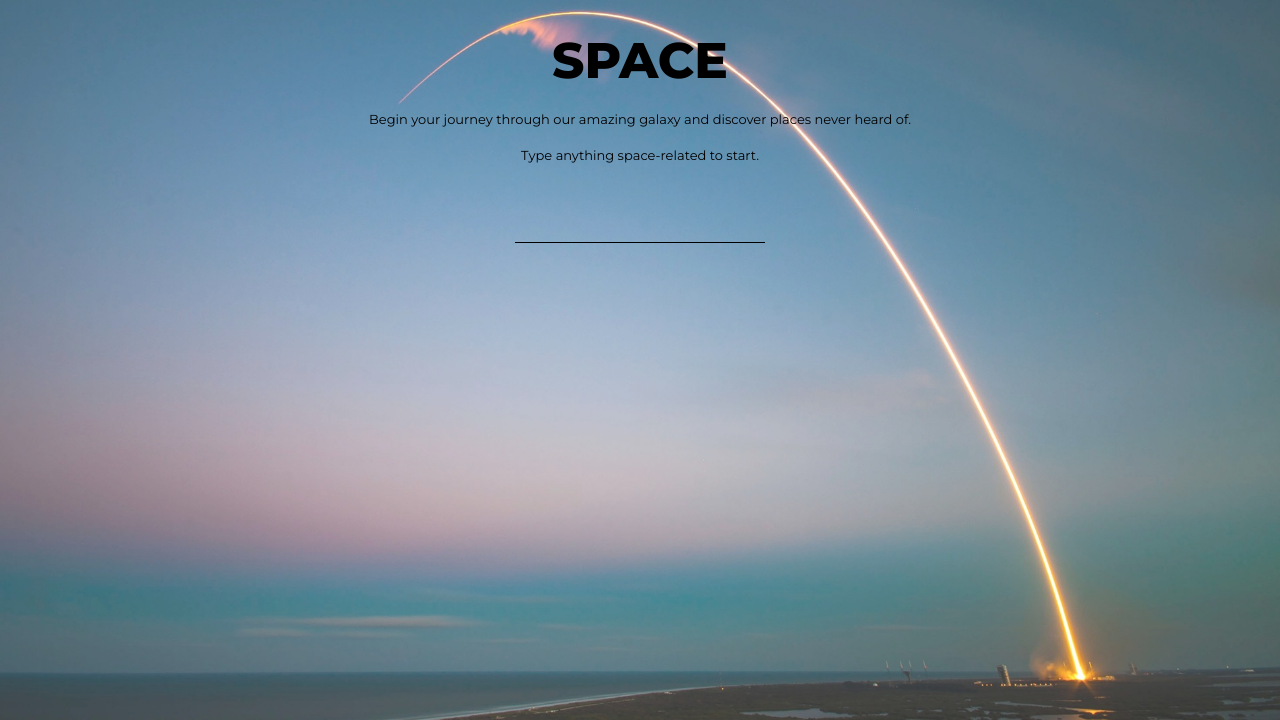
Repository: pmor80/spacer
Page: /
These files come from the project's save history. The page is drawn as it stood at one moment and after the next save; the edit follows.
The browser window is 1280 px wide. The pictures show the whole page.
The project was rebuilt for these pictures with package versions that can differ from the ones it lists, and the page was loaded fresh each time.

Above is the page before, as saved 2019-07-02 15:37:48.

### public/index.html
<!DOCTYPE html>
<html lang="en">
  <head>
    <meta charset="utf-8">
    <meta http-equiv="X-UA-Compatible" content="IE=edge">
    <meta name="viewport" content="width=device-width,initial-scale=1.0">
    <link rel="icon" href="<%= BASE_URL %>favicon.ico">
    <title>spacer</title>
  </head>
  <body>
    <noscript>
      <strong>We're sorry but spacer doesn't work properly without JavaScript enabled. Please enable it to continue.</strong>
    </noscript>
    <div id="app"></div>
    <!-- built files will be auto injected -->
  </body>
</html>

### src/App.vue
<template>
  <div class="app">
    <router-view />
  </div>
</template>

<style lang="scss">
@import url("https://fonts.googleapis.com/css?family=Montserrat:300,400,600,800");

* {
  box-sizing: border-box;
}

body {
  font-family: "Montserrat", sans-serif;
  margin: 0;
  padding: 0;
}
</style>

### src/router.js
import Vue from 'vue';
import Router from 'vue-router';
import Search from './views/Search.vue';

Vue.use(Router);

export default new Router({
  mode: 'history',
  base: process.env.BASE_URL,
  routes: [
    {
      path: '/',
      name: 'Search',
      component: Search
    }
  ]
});

### src/views/Search.vue
<template>
  <div class="wrapper">
    <Claim />
    <SearchInput />
  </div>
</template>

<script>
import axios from "axios";
import debounce from "lodash.debounce";
import Claim from "@/components/Claim.vue";
import SearchInput from "@/components/SearchInput.vue";

const API = "https://images-api.nasa.gov/search";

export default {
  name: "Search",
  components: {
    Claim,
    SearchInput
  },
  data() {
    return {
      searchValue: "",
      results: []
    };
  },
  methods: {
    handleInput: debounce(function() {
      axios
        .get(`${API}?q=${this.searchValue}&media_type=image`)
        .then(response => {
          this.results = response.data.collection.items;
        })
        .catch(err => {
          console.log(err);
        });
    }, 500)
  }
};
</script>

<style lang="scss" scoped>
.wrapper {
  margin: 0;
  padding: 30px;
  width: 100%;
  height: 100vh;
  display: flex;
  flex-direction: column;
  align-items: center;
  background-image: url("../assets/heroimage.jpg");
  background-repeat: no-repeat;
  background-size: cover;
}
</style>

### src/components/Claim.vue
<template>
  <div class="claimWrapper">
    <h1 class="claim">SPACE</h1>
    <p
      class="subclaim"
    >Begin your journey through our amazing galaxy and discover places never heard of.</p>
    <p class="subclaim">Type anything space-related to start.</p>
  </div>
</template>

<script>
export default {
  name: "Claim"
};
</script>

<style lang="scss" scoped>
.claimWrapper {
  display: flex;
  flex-direction: column;
  justify-content: center;
  align-items: center;
  text-align: center;
}
.claim {
  font-size: 50px;
  margin: 0;
}

.subclaim {
  margin: 20px 0 0 0;
  font-size: 13px;
}
</style>

### src/components/SearchInput.vue
<template>
  <div class="searchWrapper">
    <input id="search" name="search" v-model="searchValue" @input="handleInput" />
  </div>
</template>

<script>
export default {
  name: "SearchInput"
};
</script>

<style lang="scss" scoped>
.searchWrapper {
  margin: 50px 0 0 0;
  display: flex;
  flex-direction: column;
  width: 250px;

  input {
    height: 30px;
    border: 0;
    background: none;
    border-bottom: 1px solid #000;
  }
}
</style>

Loaded but not shown: src/main.js (common file)

After the next save:
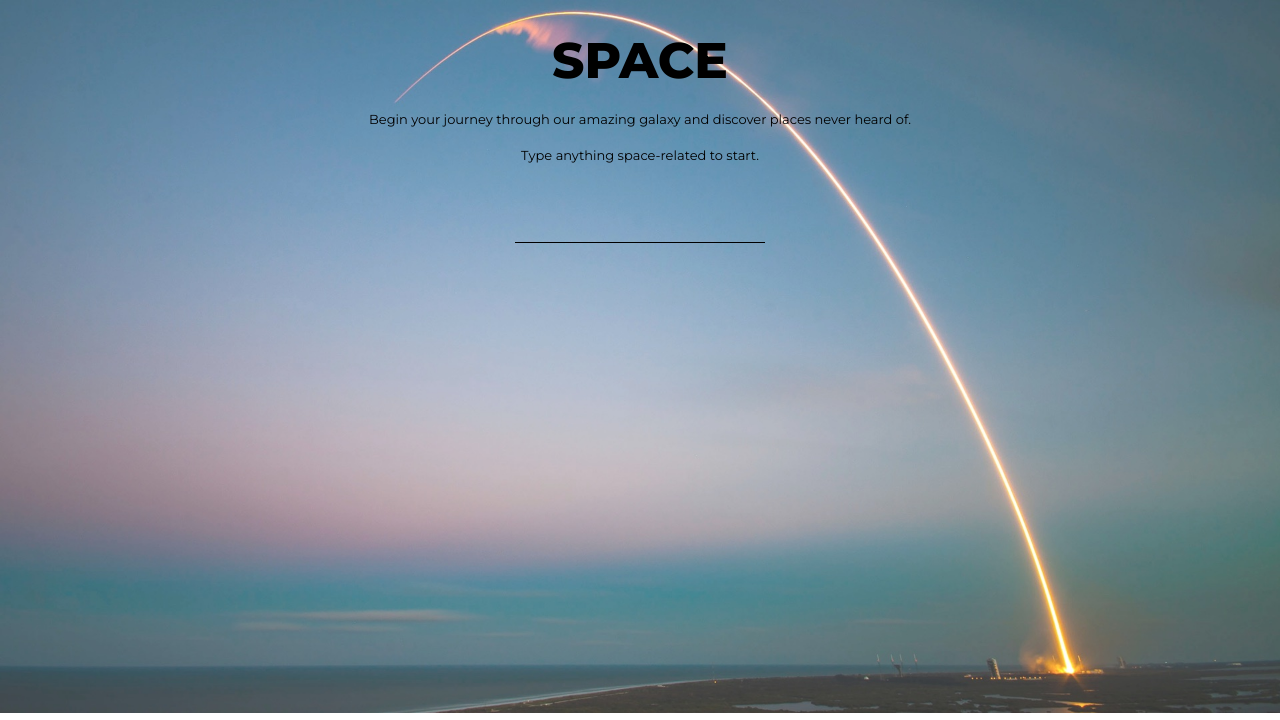
Saved 13 s later.
--- a/src/views/Search.vue
+++ b/src/views/Search.vue
@@ -51,6 +51,6 @@
   align-items: center;
   background-image: url("../assets/heroimage.jpg");
   background-repeat: no-repeat;
-  background-size: cover;
+  background-size: contain;
 }
 </style>

After the save that followed:
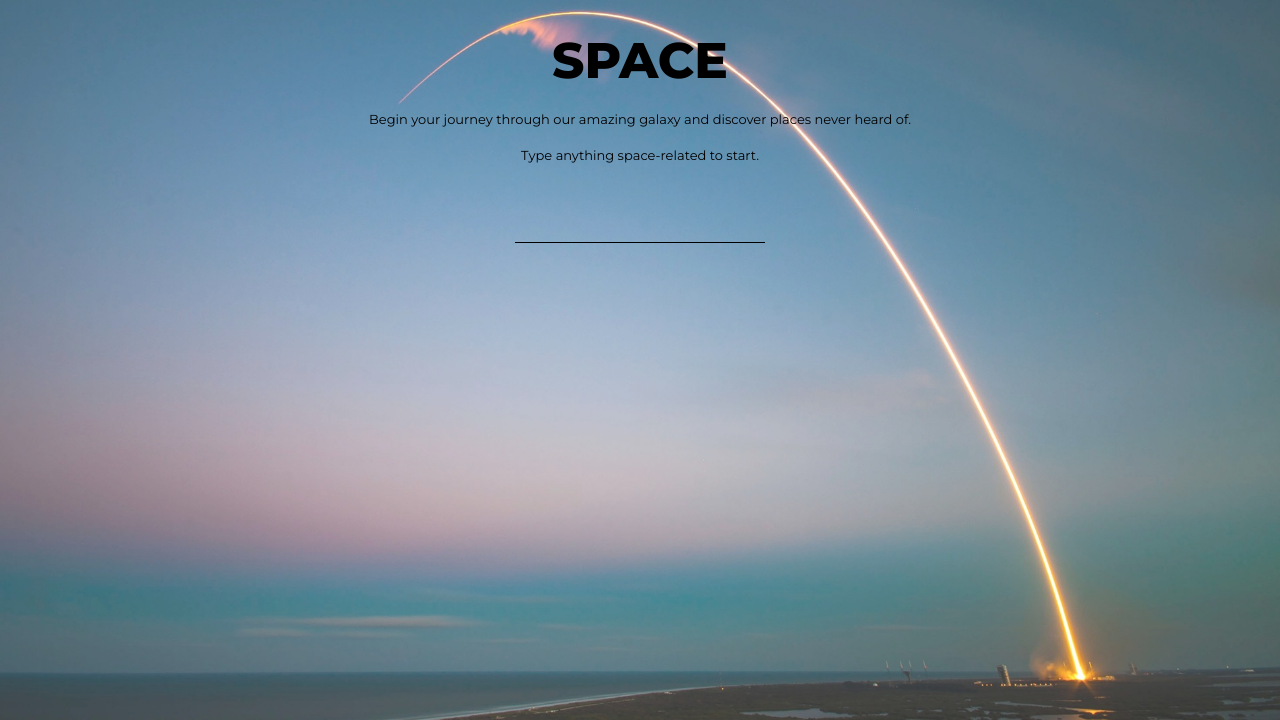
Saved 16 s later.
--- a/src/views/Search.vue
+++ b/src/views/Search.vue
@@ -51,6 +51,6 @@
   align-items: center;
   background-image: url("../assets/heroimage.jpg");
   background-repeat: no-repeat;
-  background-size: contain;
+  background-size: cover;
 }
 </style>
